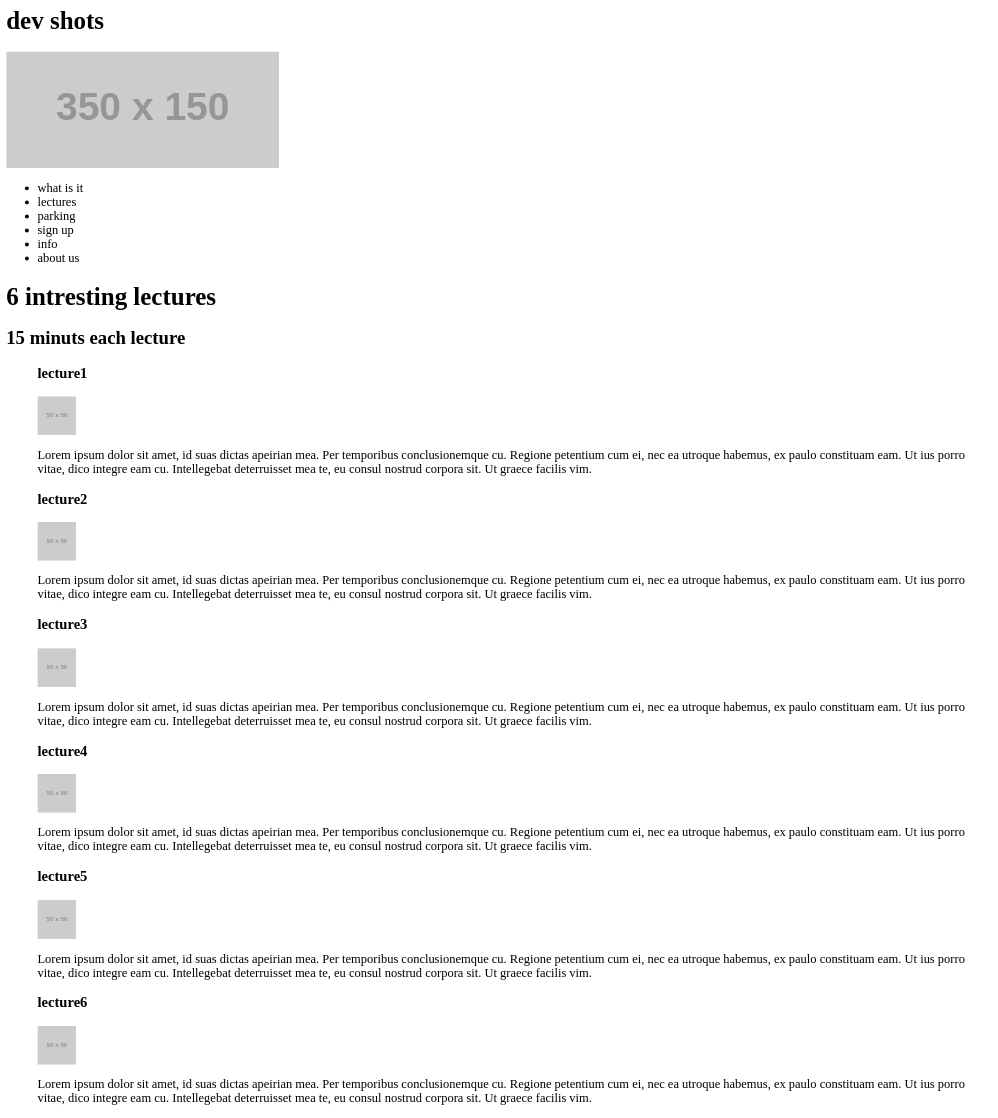
Repository: innaplx/exercises-devshots-html4-part1
Page: index.html
These files come from the project's save history. The page is drawn as it stood at one moment and after the next save; the edit follows.
The browser window is 1280 px wide. The pictures show the whole page, at 78% of full size.

Above is the page before, as saved 2018-08-17 19:57:45.

After the next save:
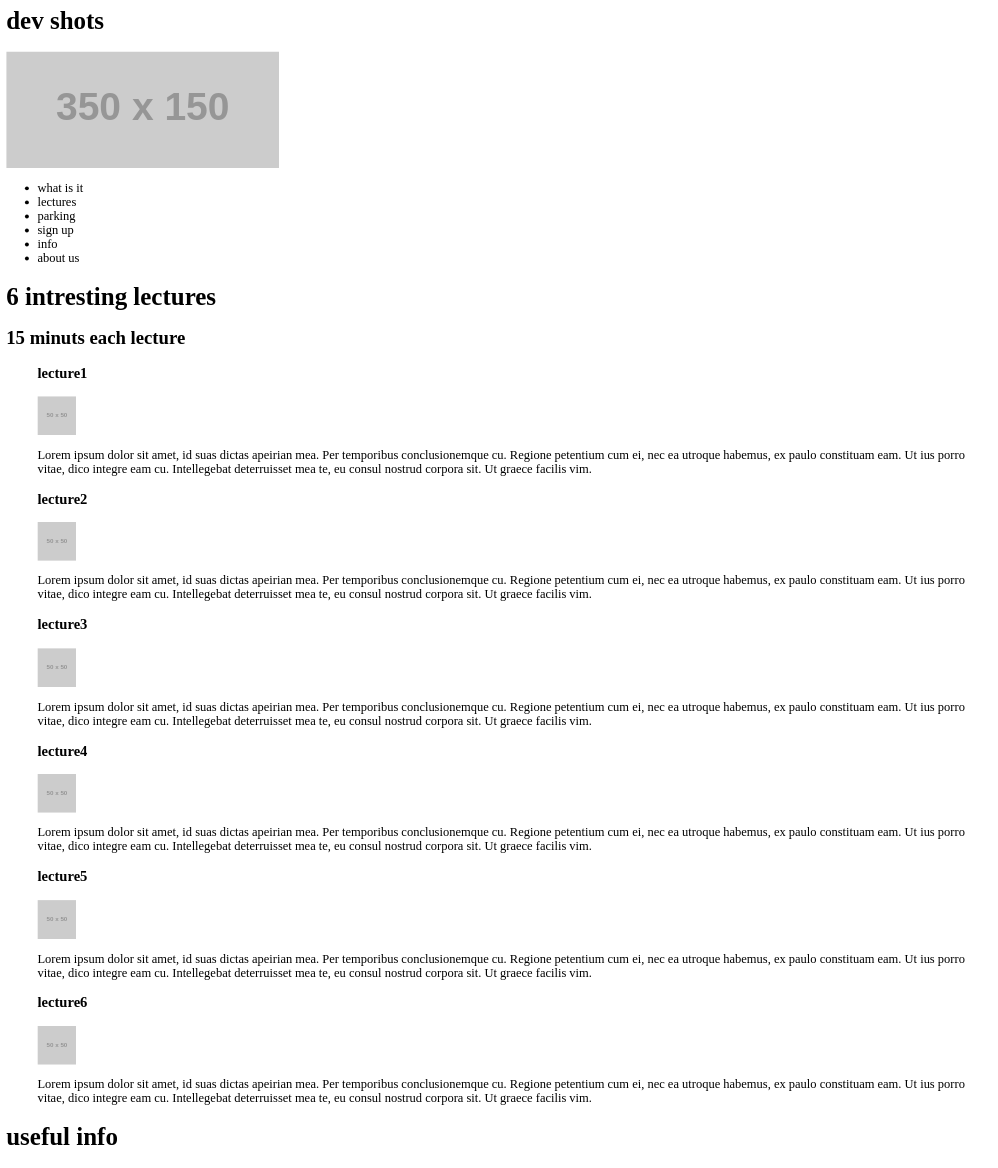
Saved 3 min 54 s later.
--- a/index.html
+++ b/index.html
@@ -53,7 +53,7 @@
                                                         </il>
             </ul>
 
-
+            <h1>useful info</h1>
 
 
     </body>
